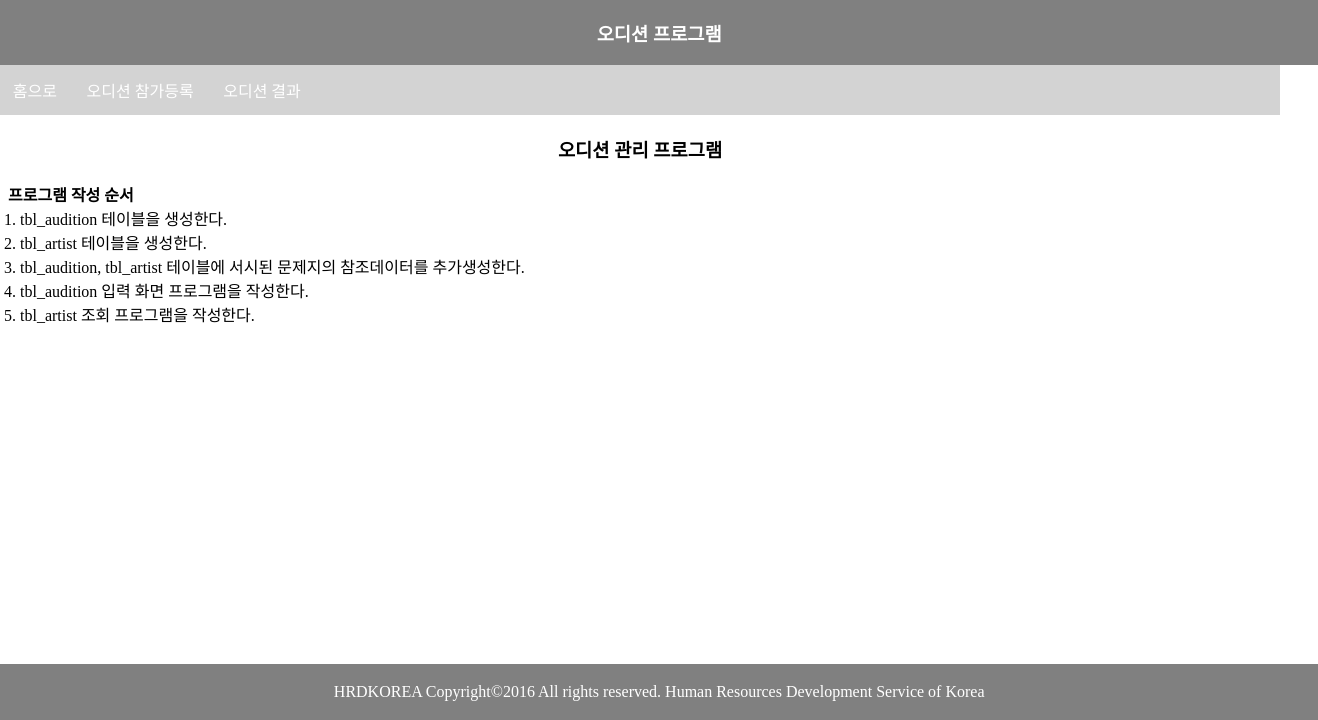
Repository: jieun000/Craftsman_Information_Processing
Page: http://localhost/Test/main.jsp
An editor plug-in stored every save of this project. The page is shown before and after the next save, followed by the edit.
The browser window is 1280 px wide. The page is 1318 px wide, so the pictures cover 1318 px, including what lies to the right of the window. The pictures show the whole page.
The page is served by Tomcat 9.

Above is the page before, as saved 2023-09-06 03:46:48.

After the next save:
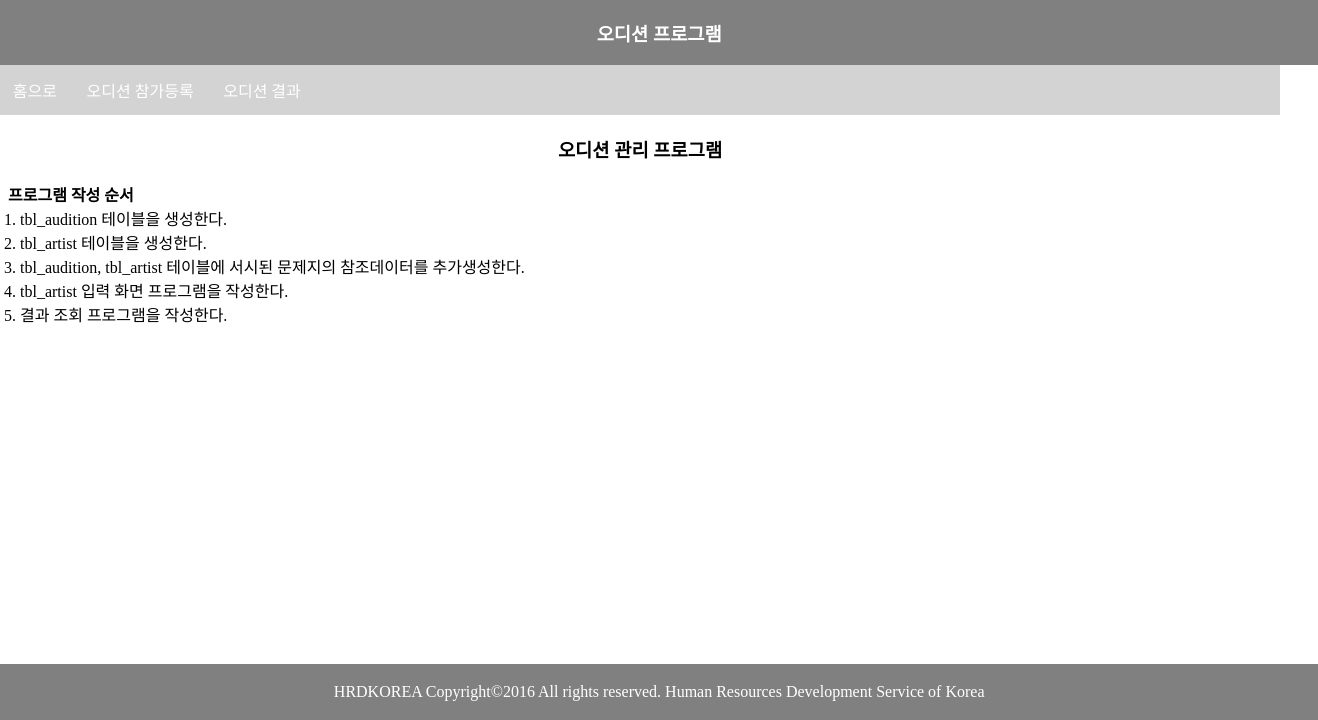
Saved 12 min 29 s later.
--- a/02_study/Test/src/main/webapp/main.jsp
+++ b/02_study/Test/src/main/webapp/main.jsp
@@ -26,8 +26,8 @@ nav > a:hover { background: gray; }
 		<span>&nbsp;1. tbl_audition 테이블을 생성한다.</span> <br>
 		<span>&nbsp;2. tbl_artist 테이블을 생성한다.</span> <br>
 		<span>&nbsp;3. tbl_audition, tbl_artist 테이블에 서시된 문제지의 참조데이터를 추가생성한다.</span> <br>
-		<span>&nbsp;4. tbl_audition 입력 화면 프로그램을 작성한다.</span> <br>
-		<span>&nbsp;5. tbl_artist 조회 프로그램을 작성한다.</span>
+		<span>&nbsp;4. tbl_artist 입력 화면 프로그램을 작성한다.</span> <br>
+		<span>&nbsp;5. 결과 조회 프로그램을 작성한다.</span>
 	</section>
 	<footer style="background: gray; color: white; width: 100%; text-align: center; padding: 1.5%; position: absolute; bottom: 0;">
 		<p>
